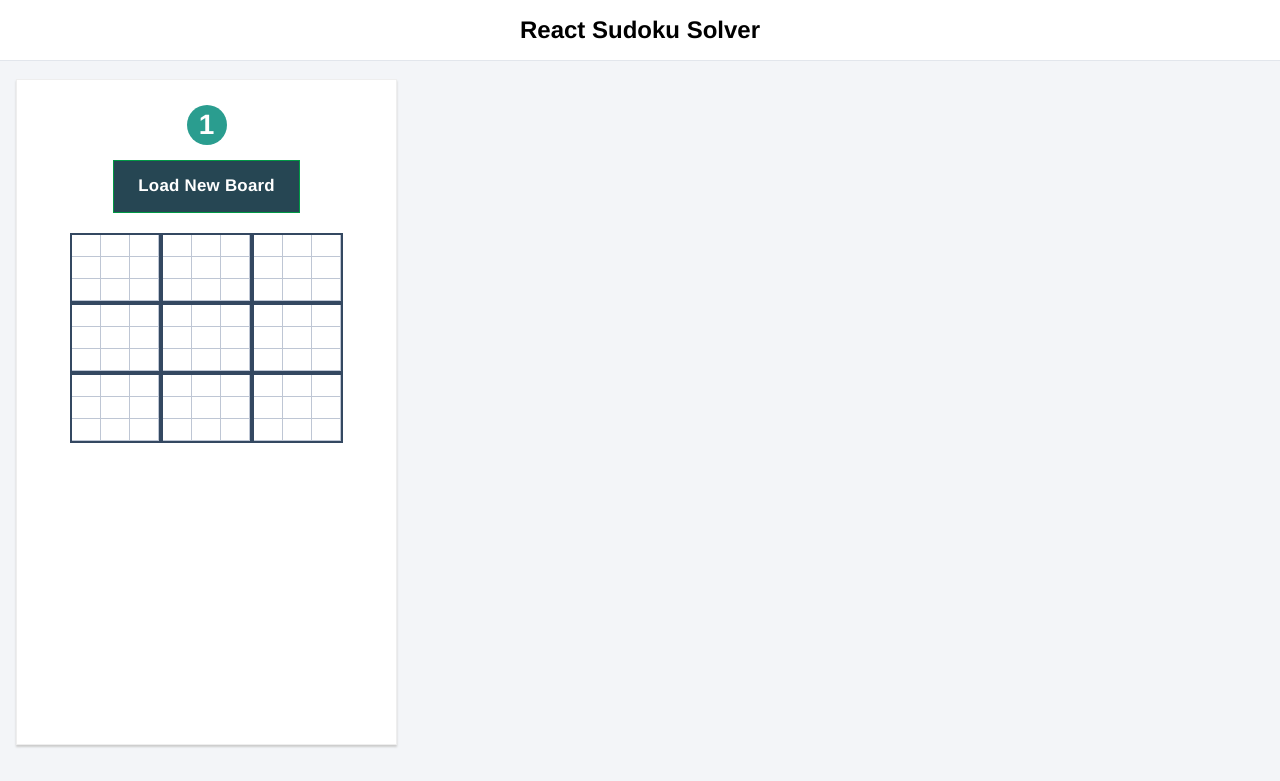
Repository: ShamroOoz/Sudoku-Puzzle
Page: /
These files come from the project's save history. The page is drawn as it stood at one moment and after the next save; the edit follows.
The browser window is 1280 px wide. The pictures show the whole page.
The project was rebuilt for these pictures with package versions that can differ from the ones it lists, and the page was loaded fresh each time. Also part of the build but not shown: craco.config.js, src/components/Spinner.js.

Above is the page before, as saved 2021-07-04 16:17:50.

After the next save:
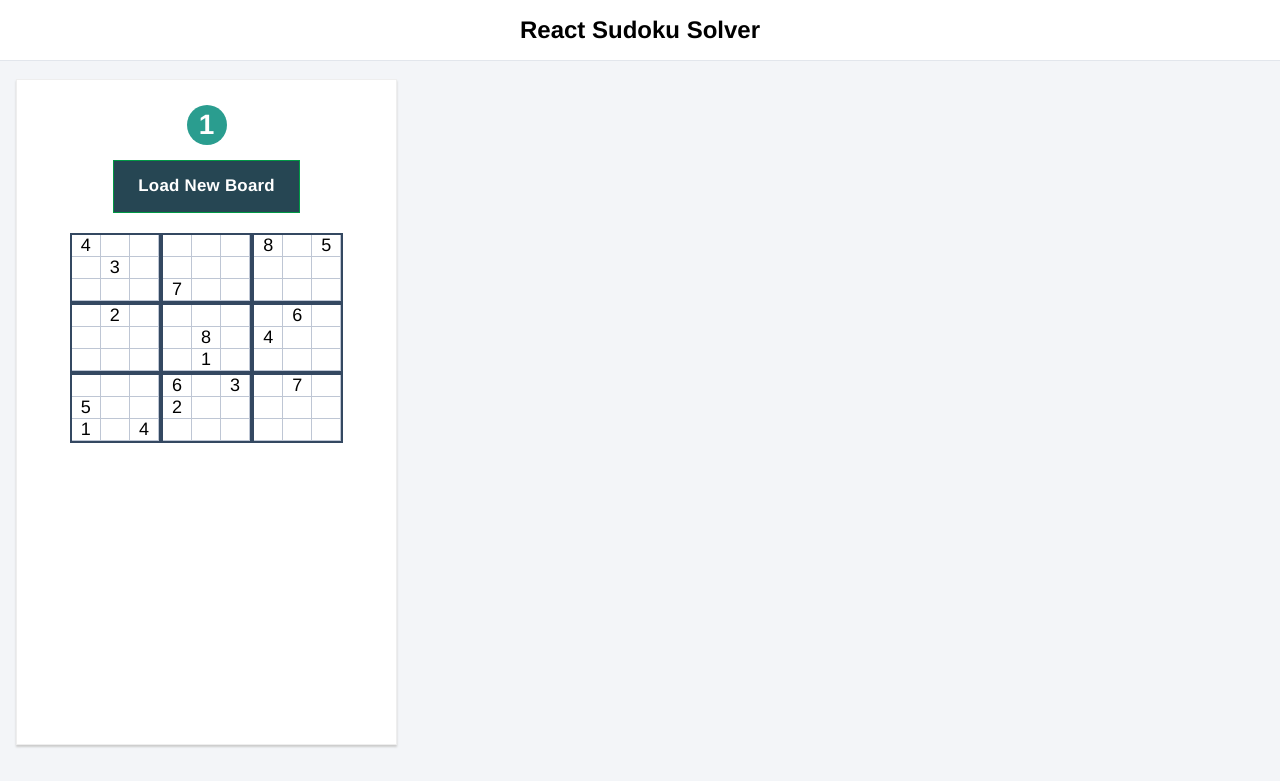
Saved 32 s later.
--- a/src/services/Solver.js
+++ b/src/services/Solver.js
@@ -59,17 +59,17 @@
   // return False if a contradiction is detected.
   const values = dict(squares, digits);
   const input = gridValues(grid);
-  console.log(input);
-  for (const square in input) {
-    const value = input[square];
-    // square value could be '.' or 1..9
-    const isAssignableValue =
-      digits.indexOf(value) === -1 || assign(values, square, value);
-    if (!isAssignableValue) {
-      return false; // (Fail if we can't assign value to square.)
-    }
-  }
-  return values;
+
+  //   for (const square in input) {
+  //     const value = input[square];
+  //     // square value could be '.' or 1..9
+  //     const isAssignableValue =
+  //       digits.indexOf(value) === -1 || assign(values, square, value);
+  //     if (!isAssignableValue) {
+  //       return false; // (Fail if we can't assign value to square.)
+  //     }
+  //   }
+  return input;
 };
 
 const gridValues = (grid) => {

After the save that followed:
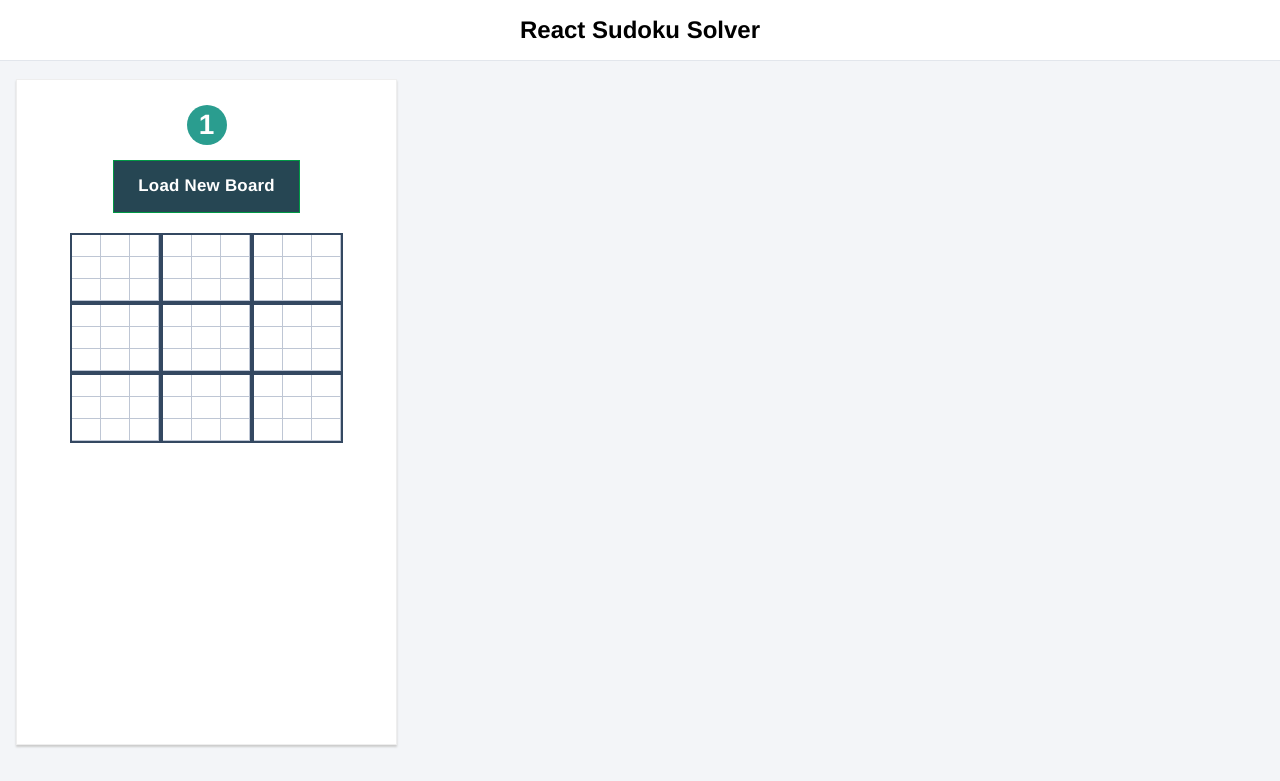
Saved 3 min 12 s later.
--- a/src/services/Solver.js
+++ b/src/services/Solver.js
@@ -60,15 +60,15 @@
   const values = dict(squares, digits);
   const input = gridValues(grid);
 
-  //   for (const square in input) {
-  //     const value = input[square];
-  //     // square value could be '.' or 1..9
-  //     const isAssignableValue =
-  //       digits.indexOf(value) === -1 || assign(values, square, value);
-  //     if (!isAssignableValue) {
-  //       return false; // (Fail if we can't assign value to square.)
-  //     }
-  //   }
+  for (const square in input) {
+    const value = input[square];
+    // square value could be '.' or 1..9
+    const isAssignableValue =
+      digits.indexOf(value) === -1 || assign(values, square, value);
+    if (!isAssignableValue) {
+      return false; // (Fail if we can't assign value to square.)
+    }
+  }
   return input;
 };
 
